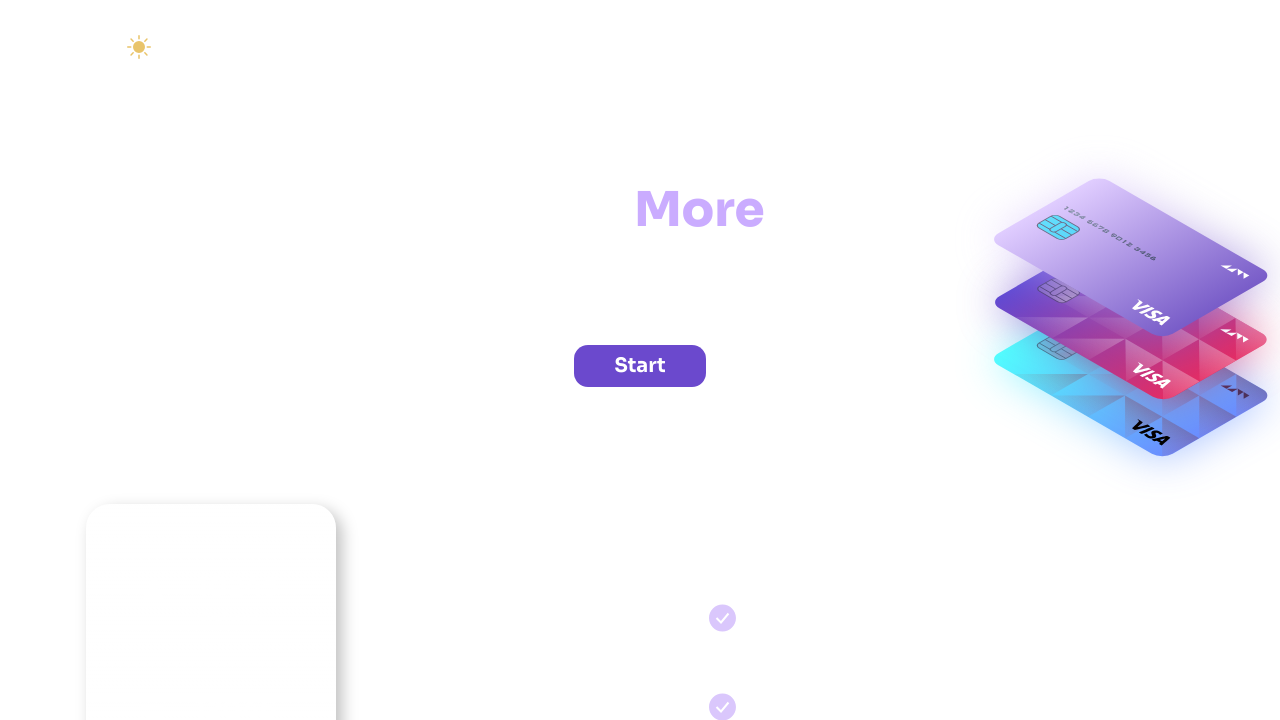
Repository: NBlue/react-tailwind
Page: /
The author's editor kept a copy of each file at every save. The page is drawn from the files as they stood at one save, then again after the next save.
The browser window is 1280 px wide. The pictures show the whole page.
An inner scrolling area shows only its first screen. The project was rebuilt for these pictures with package versions that can differ from the ones it lists, and the page was loaded fresh each time. Also part of the build but not shown: src/App.css.

Above is the page before, as saved 2022-03-29 15:12:12.

### public/index.html
<!DOCTYPE html>
<html lang="en">

<head>
  <meta charset="utf-8" />
  <link rel="icon" href="%PUBLIC_URL%/favicon.ico" />
  <meta name="viewport" content="width=device-width, initial-scale=1" />
  <meta name="theme-color" content="#000000" />
  <meta name="description" content="Web site created using create-react-app" />
  <link rel="apple-touch-icon" href="%PUBLIC_URL%/logo192.png" />
  <!--
      manifest.json provides metadata used when your web app is installed on a
      user's mobile device or desktop. See https://developers.google.com/web/fundamentals/web-app-manifest/
    -->
  <link rel="manifest" href="%PUBLIC_URL%/manifest.json" />
  <!--
      Notice the use of %PUBLIC_URL% in the tags above.
      It will be replaced with the URL of the `public` folder during the build.
      Only files inside the `public` folder can be referenced from the HTML.

      Unlike "/favicon.ico" or "favicon.ico", "%PUBLIC_URL%/favicon.ico" will
      work correctly both with client-side routing and a non-root public URL.
      Learn how to configure a non-root public URL by running `npm run build`.
    -->
  <link rel="preconnect" href="https://fonts.googleapis.com">
  <link rel="preconnect" href="https://fonts.gstatic.com" crossorigin>
  <link
    href="https://fonts.googleapis.com/css2?family=Poppins:wght@300;400;500;600;700&family=Sora:wght@600;700;800&display=swap"
    rel="stylesheet">
  <title>React App</title>
</head>

<body>
  <noscript>You need to enable JavaScript to run this app.</noscript>
  <div id="root"></div>
  <!--
      This HTML file is a template.
      If you open it directly in the browser, you will see an empty page.

      You can add webfonts, meta tags, or analytics to this file.
      The build step will place the bundled scripts into the <body> tag.

      To begin the development, run `npm start` or `yarn start`.
      To create a production bundle, use `npm run build` or `yarn build`.
    -->
</body>

</html>

### src/index.js
import React from "react";
import ReactDOM from "react-dom";
import "./index.css";
import App from "./App";

ReactDOM.render(
    <React.StrictMode>
        <App />
    </React.StrictMode>,
    document.getElementById("root")
);

// If you want to start measuring performance in your app, pass a function
// to log results (for example: reportWebVitals(console.log))
// or send to an analytics endpoint. Learn more: https://bit.ly/CRA-vitals

### src/index.css
@tailwind base;
@tailwind components;
@tailwind utilities;

/* Giống mixi trong scss, tái sử dụng code */
@layer components {
    .check-content {
        @apply mb-[51px] flex gap-8 ml-[70px] mr-[29px] items-center;
    }
    .nav-hover {
        @apply hover:text-purple-500 transition-all duration-500 cursor-pointer;
    }
}

### src/App.js
import "./App.css";
import Content from "./component/Content/Content";
import NavBar from "./component/Navbar/Navbar";
import Slogan from "./component/Slogan/Slogan";

import { useEffect, useState } from "react";

function App() {
    const [windowSize, setWindowSize] = useState({
        width: undefined,
        height: undefined,
    });
    const [isMobile, setMobile] = useState(false);

    // Set windowSize để tùy chỉnh màn hình, useEffect này thuộc trường hợp 2 lấy ngay lần đầu
    useEffect(() => {
        const handleSize = () => {
            setWindowSize({
                width: window.innerWidth,
                height: window.innerHeight,
            });
        };
        window.addEventListener("resize", handleSize);
        handleSize();
        return () => window.removeEventListener("resize", handleSize);
    }, []);

    useEffect(() => {
        // Nếu chiều rộng màn hình < 500 thì nó là mobile
        if (windowSize.width < 500) {
            setMobile(true);
        } else {
            setMobile(false);
        }
    }, [windowSize]);

    return (
        <div className="font-sora overflow-y-auto overflow-x-hidden h-screen px-4 py-8 text-white bg-gradient-to-b dark:from-purple-900 to-purple-700">
            <NavBar isMobile={isMobile} />
            <Slogan />
            <Content />
        </div>
    );
}

export default App;

### src/component/Content/Content.jsx
import { FaUser } from "react-icons/fa";
import { BsFillCreditCardFill } from "react-icons/bs";
import checkIconMobile from "../../assets/mobile/checkpoint.svg";

import { useSpring, animated } from "react-spring";

const Content = () => {
    // animation customer bằng react spring
    // Muốn số chạy từ 0 đến 10245
    const customer = useSpring({ customers: 10245, from: { customers: 0 } });
    const card = useSpring({ cards: 12045, from: { cards: 0 } });

    return (
        <section className="md:flex md:flex-row">
            <div className="ml-[70px] mr-[54px] font-bold  flex flex-col items-center bg-gradient-to-b shadow-md from-white/40 to transparent rounded-[24px] text-white md:w-[20%]">
                <div className="mt-16 gap-8 flex items-start">
                    <FaUser size={"22px"} className="mt-3" />
                    <div className="text-26">
                        <animated.div>
                            {/* Math.floor: làm tròn giá trị */}
                            {customer.customers.to((val) => Math.floor(val))}
                        </animated.div>
                        <p className="text-13 font-semibold">Customer</p>
                    </div>
                </div>
                <div className="mt-16 gap-8 flex items-start">
                    <BsFillCreditCardFill size={"22px"} className="mt-[12px]" />
                    <div className="text-26">
                        <animated.div>
                            {/* Math.floor: làm tròn giá trị */}
                            {card.cards.to((val) => Math.floor(val))}
                        </animated.div>
                        <p className="text-13 font-semibold mb-[36px]">
                            Cards Issued
                        </p>
                    </div>
                </div>
            </div>
            <div className="text-13 flex flex-col w-[100%] mt-[90px] font-semibold md:w-[30%] md:text-16 md:ml-[20%]">
                <div className="check-content">
                    <img src={checkIconMobile} alt="" />
                    <p> Card reports sent to your phone every weeks</p>
                </div>
                <div className="check-content">
                    <img src={checkIconMobile} alt="" />
                    <p> No external fees</p>
                </div>
                <div className="check-content">
                    <img src={checkIconMobile} alt="" />
                    <p> Set spending limits and restrictions</p>
                </div>
            </div>
        </section>
    );
};
export default Content;

### src/component/Navbar/Navbar.jsx
import { BsFillSunFill } from "react-icons/bs"; //bs là 2 chữ cái đầu tiên
import { HiOutlineMenu } from "react-icons/hi";
import { MdOutlineClose } from "react-icons/md";

import { useState } from "react";

const NavBar = ({ isMobile }) => {
    const [openMenu, setOpenMenu] = useState(false);
    const handleMenu = () => {
        setOpenMenu(!openMenu);
    };
    return (
        <nav className="flex items-center ">
            <div className="flex items-center ">
                <div className="text-[20px] font-bold mr-2">NerdCard</div>
                <BsFillSunFill
                    size={"24px"}
                    color="#e9c46a"
                    className="cursor-pointer"
                />
            </div>
            <ul className="md:flex md:gap-10 ml-auto text-16 font-semibold">
                {/* Nếu openMenu là true thì hiện cái close kia ra ko thì hiện menu hambogo */}
                {openMenu && isMobile ? (
                    <MdOutlineClose
                        size={"24px"}
                        className="cursor-pointer"
                        onClick={handleMenu}
                    />
                ) : !openMenu && isMobile ? (
                    <HiOutlineMenu
                        size={"24px"}
                        className="cursor-pointer"
                        onClick={handleMenu}
                    />
                ) : (
                    <>
                        <li className="nav-hover">Feature</li>
                        <li className="nav-hover">Menu</li>
                        <li className="nav-hover">Out Story</li>
                        <li className="nav-hover ml-28">Contact</li>
                    </>
                )}
                {openMenu && (
                    <div className="absolute right-8 bg-white p-8 text-center text-black text-13 cursor-pointer">
                        <li>Feature</li>
                        <li>Menu</li>
                        <li>Out Story</li>
                        <li>Contact</li>
                    </div>
                )}
            </ul>
        </nav>
    );
};
export default NavBar;

### src/component/Slogan/Slogan.jsx
import Cards from "../../assets/desktop/isocard.svg";

const Slogan = () => {
    return (
        <section className="text-36 my-14 relative font-extrabold md:my-28 md:grid md:grid-cols-3 md:items-center md:text-48">
            <div className="text-center md:col-span-1 md:col-start-2">
                <p>
                    Earn <span className="text-purple-300">More</span>
                </p>
                <p className=""> Pay Less </p>
                <button className="text-20 px-6 py-[6px] font-bold mt-[27px] bg-purple-500 rounded-[14px] hover:bg-pink-500 transition-all duration-300 md:px-10">
                    Start
                </button>
            </div>
            <div className="mt-[69px] md:absolute md:right-[-90px]">
                <img src={Cards} alt="" />
            </div>
        </section>
    );
};

export default Slogan;

### tailwind.config.js
module.exports = {
    content: ["./src/**/*.{js,jsx,ts,tsx}"],
    theme: {
        // Tự custom:
        fontFamily: {
            sora: ["Sora"],
        },
        extend: {
            colors: {
                "purple-200": "#DAC7FC",
                "purple-300": "#CAACFF",
                "purple-500": "#6B49CD",
                "purple-700": "#5D0096",
                "purple-900": "#210035",
                "pink-500": "#AD26FF",
            },
            fontSize: {
                13: "13px",
                14: "14px",
                16: "16px",
                20: "20px",
                26: "26px",
                24: "24px",
                32: "32px",
                36: "36px",
                48: "48px",
            },
            boxShadow: {
                md: "6px 6px 16px 0 rgba(0, 0, 0, 0.25),-4px -4px 12px 0 rgba(255, 255, 255, 0.3);",
            },
        },
    },
    plugins: [],
};

After the next save:
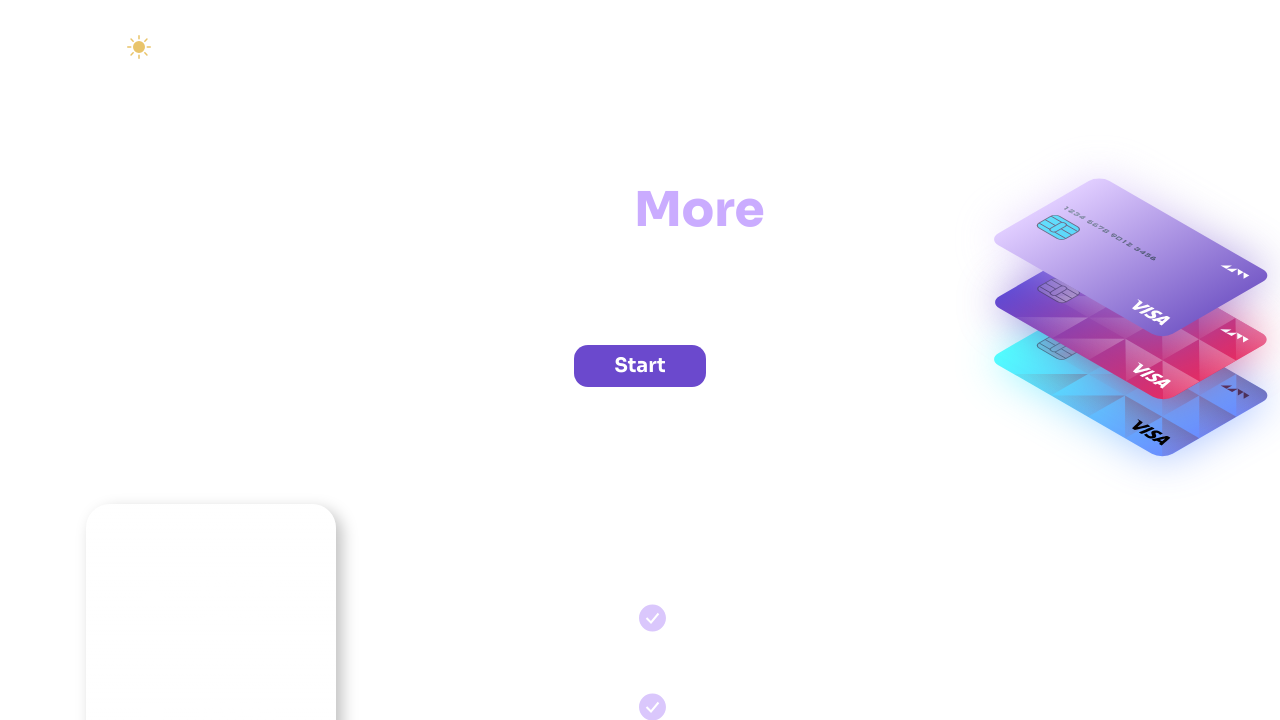
Saved 71 s later.
--- a/src/index.css
+++ b/src/index.css
@@ -5,7 +5,7 @@
 /* Giống mixi trong scss, tái sử dụng code */
 @layer components {
     .check-content {
-        @apply mb-[51px] flex gap-8 ml-[70px] mr-[29px] items-center;
+        @apply mb-[51px] flex gap-8 ml-[70px] mr-[29px] items-center md:mx-0;
     }
     .nav-hover {
         @apply hover:text-purple-500 transition-all duration-500 cursor-pointer;
